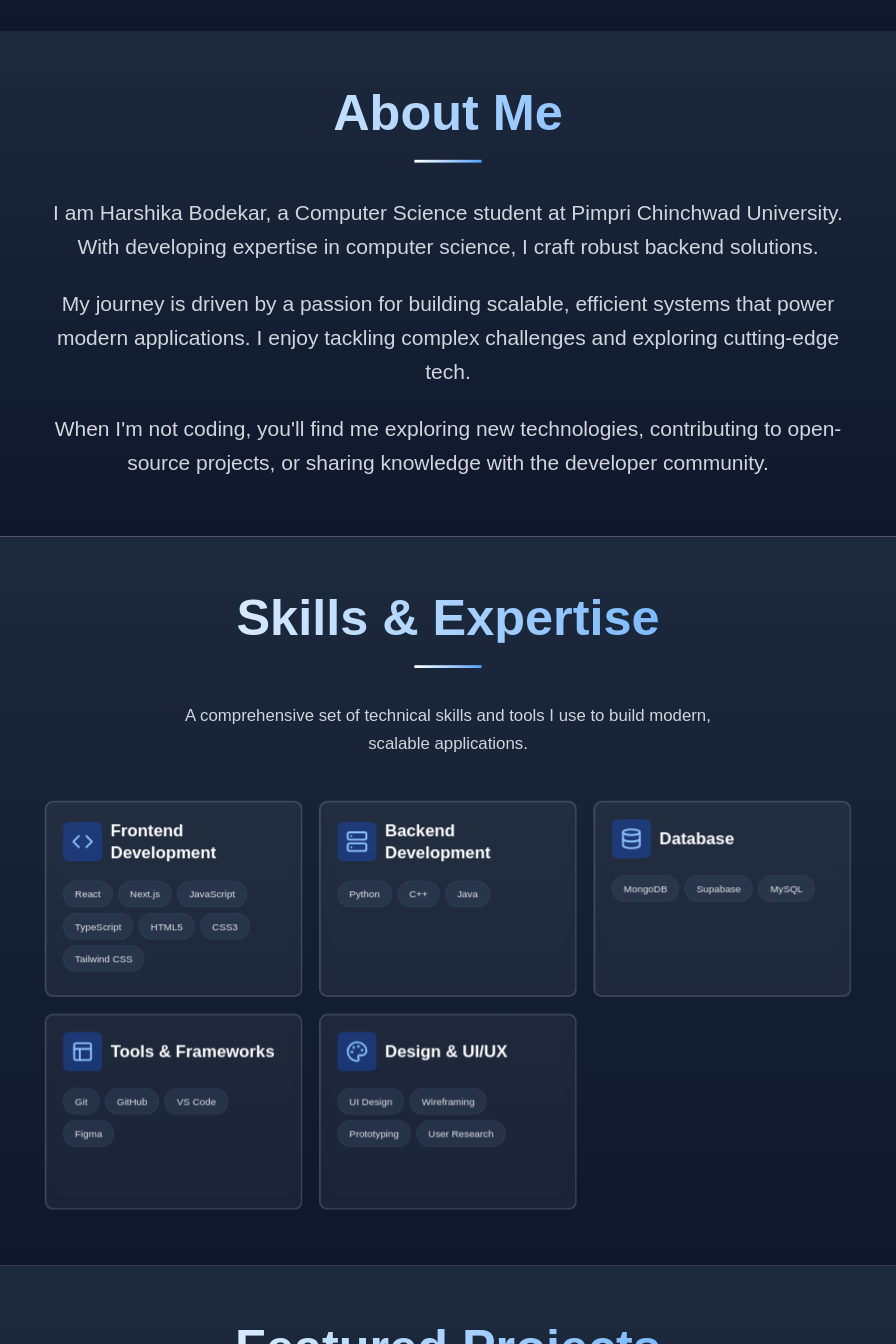
Repository: harshikabodekar/portfolio_awp
Page: /
An editor plug-in stored every save of this project. The page is shown before and after the next save, followed by the edit.
The browser window is 1280 px wide. The pictures show the part of the page from y = 926 to 2846 px (the page is 4940 px tall), at 70% of full size.
The project was rebuilt for these pictures with package versions that can differ from the ones it lists, and the page was loaded fresh each time. The framework's server and built-in components were replaced by stand-ins that run in the browser. Also part of the build but not shown: next.config.mjs.

Above is the page before, as saved 2025-10-15 21:36:26.

### src/app/page.js
import Navbar from "./components/Navbar";
import Hero from "./components/Hero";
import About from "./components/About";
import Skills from "./components/Skills";
import Project from "./components/Project";
import Contact from "./components/Contact";

export default function Home() {
  return (
    <main>
      <Navbar />
      <Hero />
      <About />
      <Skills />
      <Project />
      <Contact />
    </main>
  );
}

### src/app/components/Navbar.js
import React from 'react';

const Navbar = () => {
  return (
    <nav className="bg-gray-900 text-white py-4 px-6 fixed w-full top-0 left-0 z-50 shadow-lg">
      <div className="container mx-auto flex justify-between items-center">
        <h1 className="text-4xl font-bold">My Portfolio</h1>
        <ul className="flex space-x-12">
          <li><a href="#home" className="hover:text-blue-400 text-2xl">Home</a></li>
          <li><a href="#about" className="hover:text-blue-400 text-2xl">About</a></li>
          <li><a href="#skills" className="hover:text-blue-400 text-2xl">Skills</a></li>
          <li><a href="#projects" className="hover:text-blue-400 text-2xl">Projects</a></li>
          <li><a href="#contact" className="hover:text-blue-400 text-2xl">Contact</a></li>
        </ul>
      </div>
    </nav>
  );
};

export default Navbar;

### src/app/components/Hero.js
"use client";
import { Github, Linkedin, Mail } from 'lucide-react';
import Image from 'next/image';

const Hero = () => {
  return (
    <section
      id="home"
      className="py-20 px-6 bg-gradient-to-b from-slate-800 to-slate-900 text-white min-h-screen flex items-center justify-center"
    >
      <div className="container mx-auto px-4">
        <div className="max-w-6xl mx-auto">

          {/* Profile Image */}
          <div className="flex justify-center mb-12">
            <div className="relative w-64 h-64 md:w-80 md:h-80 rounded-full overflow-hidden border-4 border-blue-400/30 shadow-2xl">
              <Image
                src="/profile.jpeg.jpeg"
                alt="Harshika Bodekar"
                fill
                className="object-cover"
                priority
              />
            </div>
          </div>

          {/* Text Content - Centered like About page */}
          <div className="text-center">
            <h1 className="text-4xl sm:text-5xl md:text-6xl lg:text-7xl font-bold mb-8 bg-gradient-to-r from-white to-blue-400 bg-clip-text text-transparent">
              Harshika Bodekar
            </h1>
            <div className="w-24 h-1 bg-gradient-to-r from-white to-blue-400 mx-auto mb-12"></div>

            <p className="text-xl md:text-2xl lg:text-3xl text-gray-300 mb-8 leading-relaxed">
              Computer Science Student | Frontend Developer
            </p>

            <p className="text-xl md:text-2xl lg:text-3xl text-gray-300 mb-12 leading-relaxed">
              Crafting elegant digital experiences with modern technologies.
              Passionate about clean code, intuitive design, and building products that make a difference.
            </p>

            <div className="flex gap-6 justify-center">
              <a
                href="https://github.com/harshikabodekar"
                target="_blank"
                rel="noopener noreferrer"
                className="p-4 rounded-full border-2 border-white/20 hover:border-blue-400/50 transition-all duration-300 hover:bg-white/10"
                aria-label="GitHub Profile"
              >
                <Github className="w-6 h-6" />
              </a>
              <a
                href="https://linkedin.com/in/harshikabodekar"
                target="_blank"
                rel="noopener noreferrer"
                className="p-4 rounded-full border-2 border-white/20 hover:border-blue-400/50 transition-all duration-300 hover:bg-white/10"
                aria-label="LinkedIn Profile"
              >
                <Linkedin className="w-6 h-6" />
              </a>
              <a
                href="mailto:harshikabodekar02@gmail.com"
                className="p-4 rounded-full border-2 border-white/20 hover:border-blue-400/50 transition-all duration-300 hover:bg-white/10"
                aria-label="Email Contact"
              >
                <Mail className="w-6 h-6" />
              </a>
            </div>
          </div>

        </div>
      </div>
    </section>
  );
};

export default Hero;

### src/app/components/About.js
import React from 'react';

const About = () => {
  return (
    <section id="about" className="py-20 px-6 bg-gradient-to-b from-slate-800 to-slate-900 text-white">
      <div className="container mx-auto px-4">
        <div className="max-w-6xl mx-auto">
          <h2 className="text-4xl sm:text-5xl md:text-6xl lg:text-7xl font-bold mb-8 text-center bg-gradient-to-r from-white to-blue-400 bg-clip-text text-transparent">
            About Me
          </h2>
          <div className="w-24 h-1 bg-gradient-to-r from-white to-blue-400 mx-auto mb-12"></div>

          <div className="text-center">
            <p className="text-xl md:text-2xl lg:text-3xl text-gray-300 leading-relaxed mb-8">
              I am Harshika Bodekar, a Computer Science student at Pimpri Chinchwad University.
              With developing expertise in computer science, I craft robust backend solutions.
            </p>
            <p className="text-xl md:text-2xl lg:text-3xl text-gray-300 leading-relaxed mb-8">
              My journey is driven by a passion for building scalable, efficient systems that power modern applications.
              I enjoy tackling complex challenges and exploring cutting-edge tech.
            </p>
            <p className="text-xl md:text-2xl lg:text-3xl text-gray-300 leading-relaxed">
              When I'm not coding, you'll find me exploring new technologies, contributing to
              open-source projects, or sharing knowledge with the developer community.
            </p>
          </div>
        </div>
      </div>
    </section>
  );
};

export default About;

### src/app/components/Skills.js
"use client";
import React from 'react';
import { Code, Database, Layout, Server, Globe, Palette } from 'lucide-react';

const Skills = () => {
  const skillCategories = [
    {
      icon: Code,
      title: "Frontend Development",
      skills: ["React", "Next.js", "JavaScript", "TypeScript", "HTML5", "CSS3", "Tailwind CSS"]
    },
    {
      icon: Server,
      title: "Backend Development",
      skills: [ "Python", "C++", "Java"]
    },
    {
      icon: Database,
      title: "Database",
      skills: ["MongoDB", "Supabase", "MySQL"]
    },
    {
      icon: Layout,
      title: "Tools & Frameworks",
      skills: ["Git", "GitHub", "VS Code", "Figma"]
    },

    {
      icon: Palette,
      title: "Design & UI/UX",
      skills: ["UI Design", "Wireframing", "Prototyping", "User Research"]
    }
  ];

  return (
    <section id="skills" className="py-20 px-6 bg-gradient-to-b from-slate-800 to-slate-900 text-white">
      <div className="container mx-auto px-4">
        <div className="max-w-6xl mx-auto">
          <h2 className="text-4xl sm:text-5xl md:text-6xl lg:text-7xl font-bold mb-8 text-center bg-gradient-to-r from-white to-blue-400 bg-clip-text text-transparent">
            Skills & Expertise
          </h2>
          <div className="w-24 h-1 bg-gradient-to-r from-white to-blue-400 mx-auto mb-12"></div>

          <p className="text-center text-xl md:text-2xl text-gray-300 mb-16 max-w-3xl mx-auto leading-relaxed">
            A comprehensive set of technical skills and tools I use to build modern, scalable applications.
          </p>

          <div className="grid sm:grid-cols-1 md:grid-cols-2 lg:grid-cols-3 gap-6">
            {skillCategories.map((category, index) => {
              const IconComponent = category.icon;
              return (
                <div
                  key={index}
                  className="border-2 border-white/20 rounded-xl p-6 h-[280px] hover:border-blue-400/50 transition-all duration-300 backdrop-blur-sm bg-white/5 group flex flex-col"
                >
                  <div className="flex items-center gap-3 mb-6">
                    <div className="p-3 bg-blue-600/30 rounded-lg group-hover:bg-blue-600/50 transition-all duration-300">
                      <IconComponent className="w-8 h-8 text-blue-300" />
                    </div>
                    <h3 className="text-xl md:text-2xl font-bold text-white group-hover:text-blue-400 transition-colors">
                      {category.title}
                    </h3>
                  </div>

                  <div className="flex flex-wrap gap-2 flex-1 content-start">
                    {category.skills.map((skill, skillIndex) => (
                      <span
                        key={skillIndex}
                        className="px-4 py-2 bg-slate-700/50 border border-slate-600/50 rounded-full text-sm text-gray-200 hover:bg-blue-600/30 hover:border-blue-400/50 transition-all duration-300"
                      >
                        {skill}
                      </span>
                    ))}
                  </div>
                </div>
              );
            })}
          </div>
        </div>
      </div>
    </section>
  );
};

export default Skills;

### src/app/components/Project.js
import React from 'react';
import ProjectCard from './ProjectCard';
import { projectsData } from '../data/projects';

const Projects = () => {
  const projects = [
    {
      title: "E-Commerce Platform",
      description: "A full-stack e-commerce solution with payment integration, admin dashboard, and real-time inventory management.",
      tech: ["React", "Node.js", "MongoDB", "Stripe"],
      github: "https://github.com",
      demo: "https://demo.com"
    },
    {
      title: "Task Management App",
      description: "Collaborative task manager with real-time updates, team workspaces, and advanced filtering capabilities.",
      tech: ["Next.js", "TypeScript", "PostgreSQL", "Prisma"],
      github: "https://github.com",
      demo: "https://demo.com"
    },
    {
      title: "Weather Dashboard",
      description: "Real-time weather dashboard with forecasts, interactive maps, and location-based recommendations.",
      tech: ["Vue.js", "Python", "FastAPI", "OpenWeather API"],
      github: "https://github.com",
      demo: "https://demo.com"
    },
    {
      title: "AI Chat Application",
      description: "Intelligent chatbot with natural language processing, context awareness, and custom training capabilities.",
      tech: ["React", "Python", "TensorFlow", "WebSockets"],
      github: "https://github.com",
      demo: "https://demo.com"
    }
  ];

  return (
    <section id="projects" className="py-20 px-6 bg-gradient-to-b from-slate-800 to-slate-900 text-white">
      <div className="container mx-auto px-4">
        <div className="max-w-6xl mx-auto">
          <h2 className="text-4xl sm:text-5xl md:text-6xl lg:text-7xl font-bold mb-8 text-center bg-gradient-to-r from-white to-blue-400 bg-clip-text text-transparent">
            Featured Projects
          </h2>
          <div className="w-24 h-1 bg-gradient-to-r from-white to-blue-400 mx-auto mb-12"></div>

          <div className="grid sm:grid-cols-1 md:grid-cols-2 gap-6">
            {projects.map((project, index) => (
              <ProjectCard key={index} project={project} />
            ))}
          </div>
        </div>
      </div>
    </section>
  );
};

export default Projects;

### src/app/components/Contact.js
"use client";
import { Mail, Phone, MapPin, Github, Linkedin, Twitter } from 'lucide-react';

const Contact = () => {
  const contactInfo = [
    {
      icon: Mail,
      label: "Email",
      value: "harshikabodekar02@gmail.com",
      href: "mailto:harshikabodekar02@gmail.com"
    },
    {
      icon: Phone,
      label: "Phone",
      value: "+91 9130343030",
      href: "tel:+919130343030"
    },
    {
      icon: MapPin,
      label: "Location",
      value: "Pune, India",
      href: "#"
    }
  ];

  const socialLinks = [
    {
      icon: Github,
      label: "GitHub",
      href: "https://github.com/harshikabodekar"
    },
    {
      icon: Linkedin,
      label: "LinkedIn",
      href: "https://linkedin.com/in/harshikabodekar"
    },
    {
      icon: Twitter,
      label: "Twitter",
      href: "https://twitter.com/harshikabodekar"
    }
  ];

  return (
    <section id="contact" className="py-20 px-6 bg-gradient-to-b from-slate-800 to-slate-900 text-white">
      <div className="container mx-auto px-4">
        <div className="max-w-6xl mx-auto">
          <h2 className="text-4xl sm:text-5xl md:text-6xl lg:text-7xl font-bold mb-8 text-center bg-gradient-to-r from-white to-blue-400 bg-clip-text text-transparent">
            Get In Touch
          </h2>
          <div className="w-24 h-1 bg-gradient-to-r from-white to-blue-400 mx-auto mb-12"></div>

          <p className="text-center text-xl md:text-2xl text-gray-300 mb-16 max-w-3xl mx-auto leading-relaxed">
            I'm always open to discussing new projects, creative ideas, or opportunities to be part of your visions.
          </p>

          <div className="grid md:grid-cols-3 gap-8 mb-16">
            {contactInfo.map((info, index) => (
              <div
                key={index}
                className="border-2 border-white/20 rounded-xl p-8 hover:border-blue-400/50 transition-all duration-300 backdrop-blur-sm bg-white/5 text-center group"
              >
                <div className="inline-flex p-4 bg-blue-600/30 rounded-lg mb-6 group-hover:bg-blue-600/50 transition-all duration-300">
                  <info.icon className="w-8 h-8 text-blue-300" />
                </div>
                <h3 className="text-lg font-semibold text-gray-400 mb-3">{info.label}</h3>
                <a
                  href={info.href}
                  className="text-xl md:text-2xl text-white hover:text-blue-400 transition-colors duration-300 break-words"
                >
                  {info.value}
                </a>
              </div>
            ))}
          </div>

          <div className="border-2 border-white/20 rounded-xl p-10 backdrop-blur-sm bg-white/5">
            <h3 className="text-3xl md:text-4xl font-bold mb-8 text-center bg-gradient-to-r from-white to-blue-400 bg-clip-text text-transparent">
              Connect With Me
            </h3>

            <div className="flex justify-center gap-6 mb-10">
              {socialLinks.map((social, index) => (
                <a
                  key={index}
                  href={social.href}
                  target="_blank"
                  rel="noopener noreferrer"
                  className="p-4 rounded-full border-2 border-white/20 hover:border-blue-400/50 transition-all duration-300 hover:bg-white/10"
                  aria-label={social.label}
                >
                  <social.icon className="w-8 h-8" />
                </a>
              ))}
            </div>

            <div className="text-center">
              <a
                href="mailto:harshikabodekar02@gmail.com"
                className="inline-flex items-center gap-3 px-8 py-4 bg-blue-600 hover:bg-blue-700 rounded-full text-lg md:text-xl font-semibold transition-all duration-300 hover:shadow-lg hover:shadow-blue-500/50"
              >
                <Mail className="w-6 h-6" />
                Send Me an Email
              </a>
            </div>
          </div>
        </div>
      </div>
    </section>
  );
};

export default Contact;

### src/app/components/ProjectCard.js
"use client";
import { Github, ExternalLink } from 'lucide-react';

const ProjectCard = ({ project }) => {
  return (
    <div className="bg-white/10 backdrop-blur-sm border-2 border-white/20 rounded-xl p-6 h-[380px] hover:border-blue-400/50 transition-all duration-300 group flex flex-col">
      <h3 className="text-2xl md:text-3xl font-bold mb-4 text-white group-hover:text-blue-400 transition-colors">
        {project.title}
      </h3>

      <p className="text-base md:text-lg text-gray-300 mb-4 leading-relaxed flex-grow">
        {project.description}
      </p>

      <div className="flex flex-wrap gap-2 mb-4">
        {project.tech.map((tech, index) => (
          <span
            key={index}
            className="px-3 py-1.5 bg-blue-600/30 border border-blue-400/30 rounded-full text-sm text-blue-200 font-medium"
          >
            {tech}
          </span>
        ))}
      </div>

      <div className="flex gap-3">
        <a
          href={project.github}
          target="_blank"
          rel="noopener noreferrer"
          className="flex items-center gap-2 px-4 py-2 border-2 border-white/20 rounded-lg hover:border-blue-400/50 hover:bg-white/10 transition-all duration-300 text-sm font-semibold"
        >
          <Github className="w-4 h-4" />
          Code
        </a>
        <a
          href={project.demo}
          target="_blank"
          rel="noopener noreferrer"
          className="flex items-center gap-2 px-4 py-2 bg-blue-600 hover:bg-blue-700 rounded-lg transition-all duration-300 text-sm font-semibold"
        >
          <ExternalLink className="w-4 h-4" />
          Demo
        </a>
      </div>
    </div>
  );
};

export default ProjectCard;

Loaded but not shown: src/app/layout.js (common file); src/app/globals.css (common file); src/app/data/projects.js (no stored copy; drawn as an empty file)

After the next save:
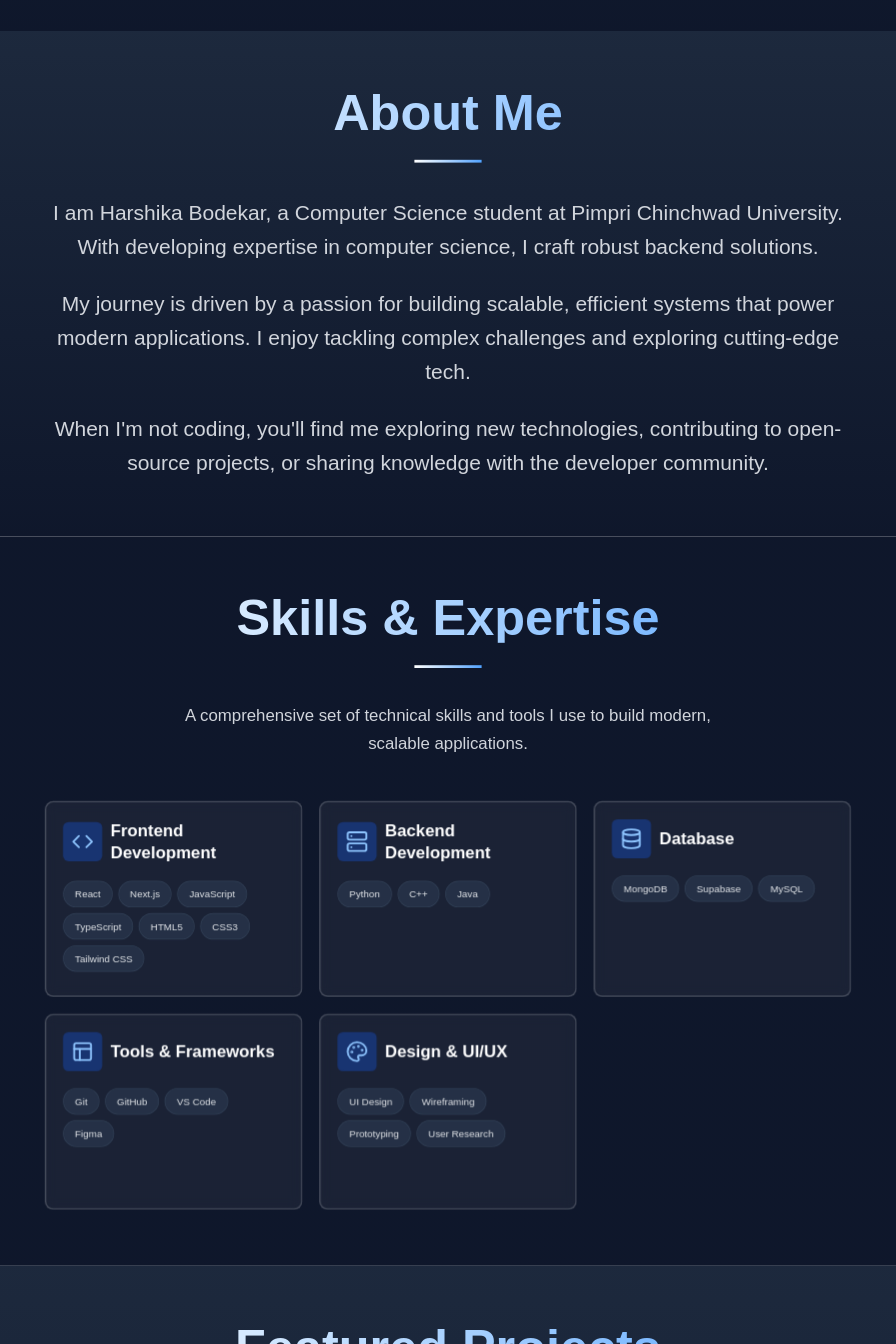
Saved 59 s later.
--- a/src/app/components/Skills.js
+++ b/src/app/components/Skills.js
@@ -33,7 +33,7 @@ const Skills = () => {
   ];
 
   return (
-    <section id="skills" className="py-20 px-6 bg-gradient-to-b from-slate-800 to-slate-900 text-white">
+    <section id="skills" className="py-20 px-6 bg-gradient-to-b from-slate-900 to-slate-900 text-white">
       <div className="container mx-auto px-4">
         <div className="max-w-6xl mx-auto">
           <h2 className="text-4xl sm:text-5xl md:text-6xl lg:text-7xl font-bold mb-8 text-center bg-gradient-to-r from-white to-blue-400 bg-clip-text text-transparent">
